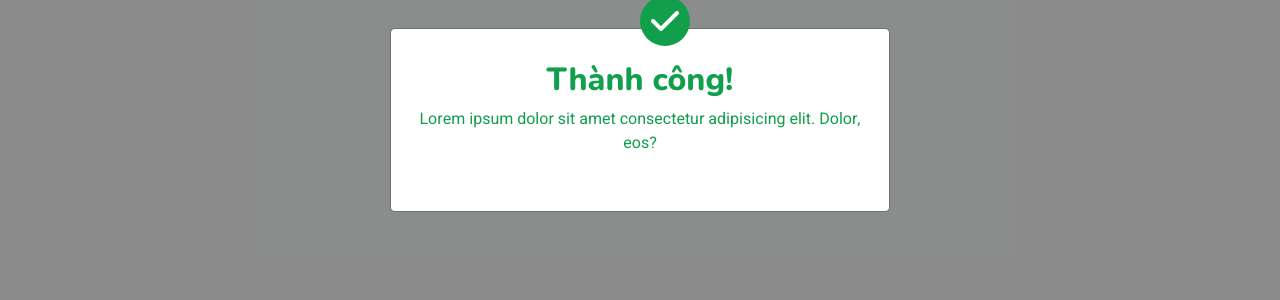
Repository: Dangtrinh28/thuymoc
Page: bookingSuccess.html
The author's editor kept a copy of each file at every save. The page is drawn from the files as they stood at one save, then again after a run of saves.
The browser window is 1280 px wide. The pictures show the whole page.
Some web libraries are served in a nearby version.

Above is the page before, as saved 2022-11-25 04:15:32.

After the next 3 saves:
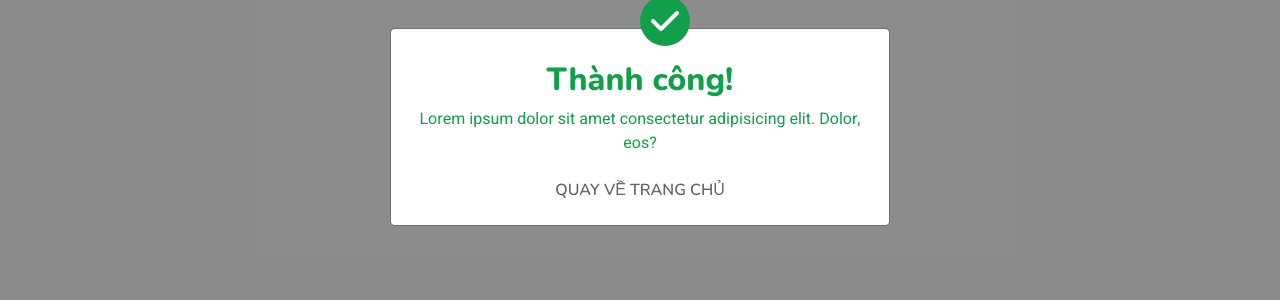
The 3 saves are shown as one change because they came seconds apart.
The last was saved 10 s later.
--- a/bookingSuccess.html
+++ b/bookingSuccess.html
@@ -44,7 +44,7 @@
                         <h2 class="text-primary text-title pt-3">Thành công!</h2>
                         <p>Lorem ipsum dolor sit amet consectetur adipisicing elit. Dolor, eos?</p>
 
-                        <div class="btn"></div>
+                        <div class="btn ">Quay về trang chủ</div>
                     </div>
                 </div>
             </div>
